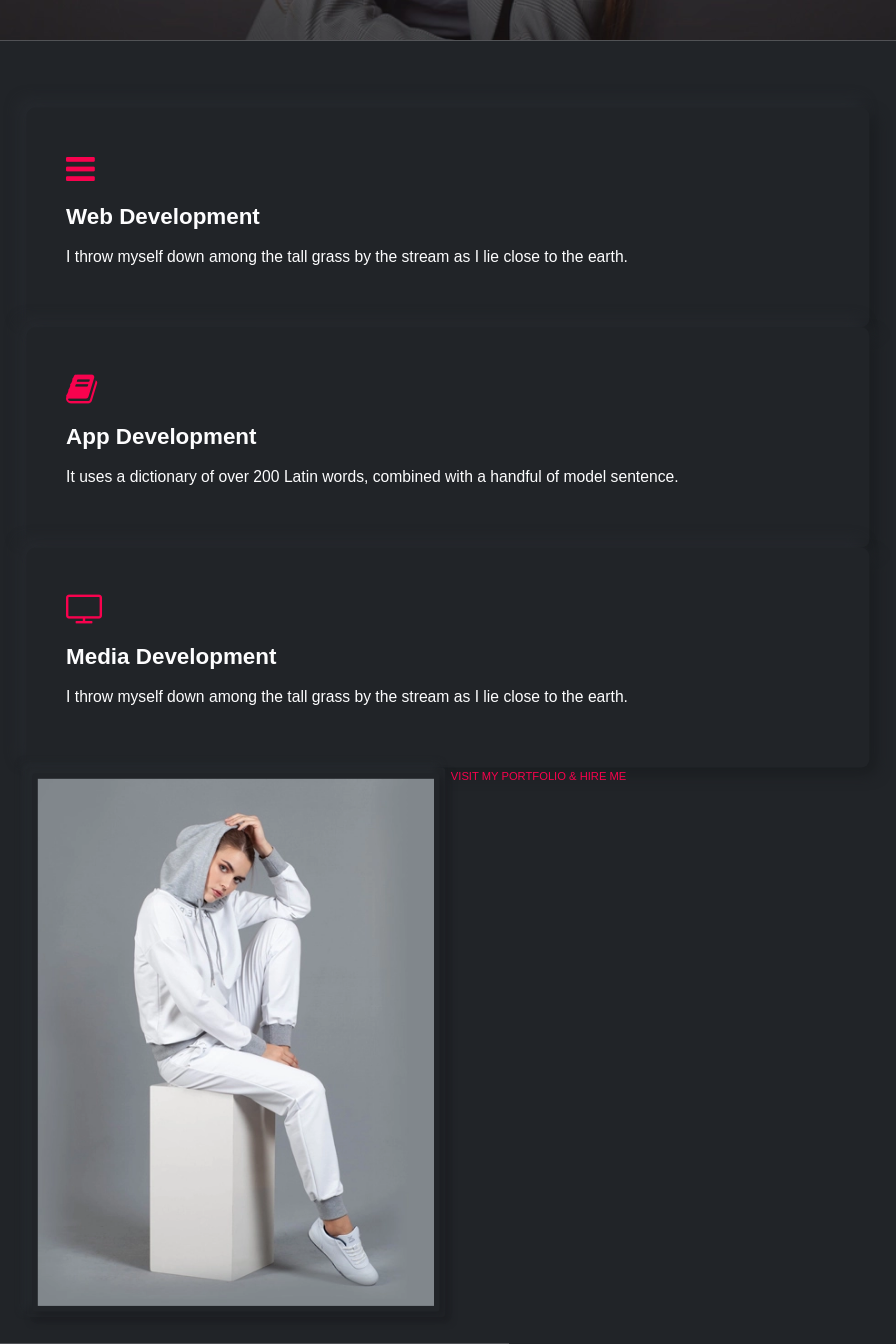
Repository: arminprogramme/inbio
Page: /
These files come from the project's save history. The page is drawn as it stood at one moment and after the next save; the edit follows.
The browser window is 1280 px wide. The pictures show the part of the page from y = 811 to 2731 px (the page is 2731 px tall before and 2720 px after), at 70% of full size.
Some web libraries are served in a nearby version. The project was rebuilt for these pictures with package versions that can differ from the ones it lists, and the page was loaded fresh each time. Also part of the build but not shown: vite.config.js.

Above is the page before, as saved 2023-10-20 03:34:08.

### index.html
<!doctype html>
<html lang="en">

<head>
    <meta charset="UTF-8" />
    <link rel="icon" type="image/svg+xml" href="/vite.svg" />
    <link rel="stylesheet" href="https://cdnjs.cloudflare.com/ajax/libs/font-awesome/4.7.0/css/font-awesome.min.css">
    <link href="https://cdnjs.cloudflare.com/ajax/libs/flowbite/1.8.1/flowbite.min.css" rel="stylesheet" />
    <meta name="viewport" content="width=device-width, initial-scale=1.0" />
    <title>Vite + React</title>
</head>

<body>
    <div id="root"></div>
    <script src="https://cdnjs.cloudflare.com/ajax/libs/flowbite/1.8.1/flowbite.min.js"></script>
    <script type="module" src="/src/main.jsx"></script>
</body>

</html>

### src/App.jsx
import   { Component } from 'react';
import LandingPage from './Component/LandingPage.jsx'
import './App.css'

class App extends Component {


  render() {
    return (
    <div>
      <LandingPage />
    </div>
    );
  }


}

export default App;

### src/index.css
:root {
    font-family: Inter, system-ui, Avenir, Helvetica, Arial, sans-serif;
}

a {
    font-weight: 500;
    color: #646cff;
    text-decoration: inherit;
}

* {
    padding: 0;
    margin: 0;
    box-sizing: border-box;
}

@tailwind base;
@tailwind components;
@tailwind utilities;
a:hover {
    color: #535bf2;
}

body {
    margin: 0;
    font-family: 'Vazir', sans-serif;
}

h1 {
    font-size: 3.2em;
    line-height: 1.1;
}

@media (prefers-color-scheme: light) {
     :root {
        color: #213547;
        background-color: #ffffff;
    }
    a:hover {
        color: #747bff;
    }
    button {
        background-color: #f9f9f9;
    }
}

### src/Component/LandingPage.jsx
import  { Component } from 'react';
import Header from './Header/Header.jsx'
import Body from './Body/Body.jsx'
//import Footer from './Footer/Footer.jsx'
class LandingPage extends Component {
    render() {
        return (
            <div>
                <Header/>
                <Body/>

            </div>
        );
    }
}

export default LandingPage;

### src/Component/Header/Header.jsx
import  { Component } from 'react';
import NavBar from './Navbar.jsx'
import './Header.css'
class Header extends Component {
    render() {
        return (
            <div>
                <NavBar/>
                <div className="banner-header text-center">
                    <h1 className='font-bold text-white'>KRISTINA SOMOLYER</h1>
                    <p>American Supermodel & Entrepreneur</p>
                </div>
            </div>
        );
    }
}

export default Header;

### src/Component/Body/Body.jsx
import  { Component } from 'react';
import Services from './Services/Services.jsx'
import About from './About/About.jsx'
import './Body.css'
class Body extends Component {
    render() {
        return (
            <>
            <div className='black-bg '>
                <div className="limit-width">
                    <Services/>
                    <About/>
                </div>
            </div>
            </>
        );
    }
}

export default Body;

### src/Component/Header/Navbar.jsx
import  { Component } from 'react';

class Navbar extends Component {
    render() {
        return (
            <div>

<nav className=" black-bg">
  <div className="max-w-screen-xl flex flex-wrap items-center justify-between mx-auto p-6">
    <a href="https://.com/" className="flex items-center">
       <h2 className='text-white'>React Project</h2>
    </a>
    <button data-collapse-toggle="navbar-default" type="button"  className="inline-flex items-center p-2 w-10 h-10 justify-center text-sm text-white rounded-lg md:hidden " aria-controls="navbar-default" aria-expanded="false">
    <i className="fa fa-bars text-white"></i>

    </button>
    <div className="hidden w-full md:block md:w-auto" id="navbar-default">
      <ul className="font-medium flex flex-col p-4 md:p-0 mt-4 border border-gray-100 rounded-lg text-white md:flex-row md:space-x-8 md:mt-0 md:border-0 black-bg">
        <li>
          <a href="#" className="block py-2 pl-3 pr-4 text-white md:hover:text-gray-700 dark:text-white md:dark:hover:text-gray-500 rounded md:bg-transparent md:p-0 " aria-current="page">Home</a>
        </li>
        <li>
          <a href="#" className="block py-2 pl-3 pr-4 text-gray-900 rounded hover:bg-gray-100 md:hover:bg-transparent md:border-0 md:hover:text-gray-700 md:p-0 dark:text-white md:dark:hover:text-gray-500 dark:hover:bg-gray-700 dark:hover:text-white md:dark:hover:bg-transparent">About</a>
        </li>
        <li>
          <a href="#" className="block py-2 pl-3 pr-4 text-gray-900 rounded md:hover:text-gray-700 md:p-0 dark:text-white md:dark:hover:text-gray-500 dark:hover:bg-gray-700 dark:hover:text-white md:dark:hover:bg-transparent">Services</a>
        </li>
        <li>
          <a href="#" className="block py-2 pl-3 pr-4 text-gray-900 rounded hover:bg-gray-100 md:hover:bg-transparent md:border-0 md:hover:text-gray-700 md:p-0 dark:text-white md:dark:hover:text-gray-500 dark:hover:bg-gray-700 dark:hover:text-white md:dark:hover:bg-transparent">Pricing</a>
        </li>
        <li>
          <a href="#" className="block py-2 pl-3 pr-4 text-gray-900 rounded hover:bg-gray-100 md:hover:bg-transparent md:border-0md:hover:text-gray-700 md:p-0 dark:text-white md:dark:hover:text-gray-500 dark:hover:bg-gray-700 dark:hover:text-white md:dark:hover:bg-transparent">Contact</a>
        </li>
      </ul>
    </div>
  </div>
</nav>

            </div>
        );
    }
}

export default Navbar;

### src/Component/Header/Header.css
.black-bg {
    background-color: #212428;
}

.banner-header {
    background-image: url(../../../bg-image-12.webp);
    background-position: center;
    background-size: cover;
    padding: 20.25rem 0;
}

.banner-header h1 {
    letter-spacing: 6px;
    font-size: 3.2rem;
}

.banner-header p {
    letter-spacing: 6px;
    font-size: 1.2rem;
    padding: 2rem 0;
    color: #fff;
}

### src/Component/Body/Services/Services.jsx
import  { Component } from 'react';
import ServicesItem from './ServicesItem.jsx'
import './Services.css'
class Services extends Component {

    constructor(props){
        super(props)

        this.state = {
            services : [
                {id : 1 , icon : 'red-color fa fa-bars' , title : 'Web Development' , text : 'I throw myself down among the tall grass by the stream as I lie close to the earth.'},
                {id : 2 , icon : 'red-color fa fa-book' , title : 'App Development' , text : 'It uses a dictionary of over 200 Latin words, combined with a handful of model sentence.'},
                {id : 3 , icon : 'red-color fa fa-television' , title : 'Media Development' , text : 'I throw myself down among the tall grass by the stream as I lie close to the earth.'},
            ]
        }
    }
    render() {
        return (
            <div>
              <div className="grid  grid-cols-1 lg:grid-cols-3 gap-10">
              {this.state.services.map(services => {
                return <ServicesItem key={services.id} {...services} />
               })}
              </div>
            </div>
        );
    }
}

export default Services;

### src/Component/Body/About/About.jsx
import  { Component } from 'react';
import   './About.css'
class About extends Component {
    render() {
        return (
            <div>
                <div className="about-container my-52 grid grid-cols-1 lg:grid-cols-2 gap-2">
                    <div className="img-about">
                        <div className="inner-img-about">
                            <img src="about-5.webp" alt="" />
                        </div>
                    </div>
                    <div className="content-about">
                        <h5 className='red-color'>VISIT MY PORTFOLIO & HIRE ME</h5>
                    </div>
                </div>
            </div>
        );
    }
}

export default About;

### src/Component/Body/Body.css
.limit-width {
    max-width: 1450px;
    padding: 6rem 3% 3%;
    margin: auto;
}

### src/Component/Body/Services/ServicesItem.jsx
import { Component } from 'react';

class ServicesItem extends Component {
    render() {
        return (
            <div className='services-item'>
                <div className="icon-services">
                    <i className={this.props.icon}></i>
                </div>
                <div className="content-services">
                <h2 className='font-bold'>{this.props.title}</h2>
                <p>{this.props.text}</p>
                </div>
            </div>
        );
    }
}

export default ServicesItem;

### src/Component/Body/Services/Services.css
.icon-services i {
    font-size: 3rem;
}

.red-color {
    color: #f8024e;
}

.content-services {
    padding: 1.2rem 0;
    color: #FDFDFE;
}

.content-services h2 {
    font-size: 2rem;
    padding-bottom: 1rem;
}

.content-services p {
    line-height: 2.25rem;
    font-size: 1.4rem;
}

.services-item {
    border-radius: 12px;
    transition: 0.5s!important;
    padding: 4rem 3.5rem;
    background: #212428;
    box-shadow: 10px 10px 20px #1b1e21, -10px -10px 20px #272a2f;
    -webkit-transition: 0.5s!important;
    -moz-transition: 0.5s!important;
    -ms-transition: 0.5s!important;
    -o-transition: 0.5s!important;
    cursor: pointer;
}

.services-item:hover {
    border-radius: 12px;
    transform: translateY(-1.2rem);
    transition: 0.5s!important;
    background: linear-gradient(145deg, #23272b, #16171a);
    box-shadow: 10px 10px 13px #1b1e21, -10px -10px 13px #272a2f;
    -webkit-transition: 0.5s!important;
    -moz-transition: 0.5s!important;
    -ms-transition: 0.5s!important;
    -o-transition: 0.5s!important;
    -webkit-transform: translateY(-1.2rem);
    -moz-transform: translateY(-1.2rem);
    -ms-transform: translateY(-1.2rem);
    -o-transform: translateY(-1.2rem);
}

### src/Component/Body/About/About.css
.inner-img-about,
.img-about {
    padding: 0.5rem;
    border-radius: 5px;
    max-width: 100%;
    -webkit-border-radius: 5px;
    -moz-border-radius: 5px;
    -ms-border-radius: 5px;
    border-radius: 5px;
    background: #212428;
    box-shadow: 7px 7px 9px #1d1f23, -7px -7px 9px #25292d;
    -o-border-radius: 5px;
}

.inner-img-about img {
    width: 100%;
}

Loaded but not shown: src/main.jsx (common file); src/App.css (common file)

After the next save:
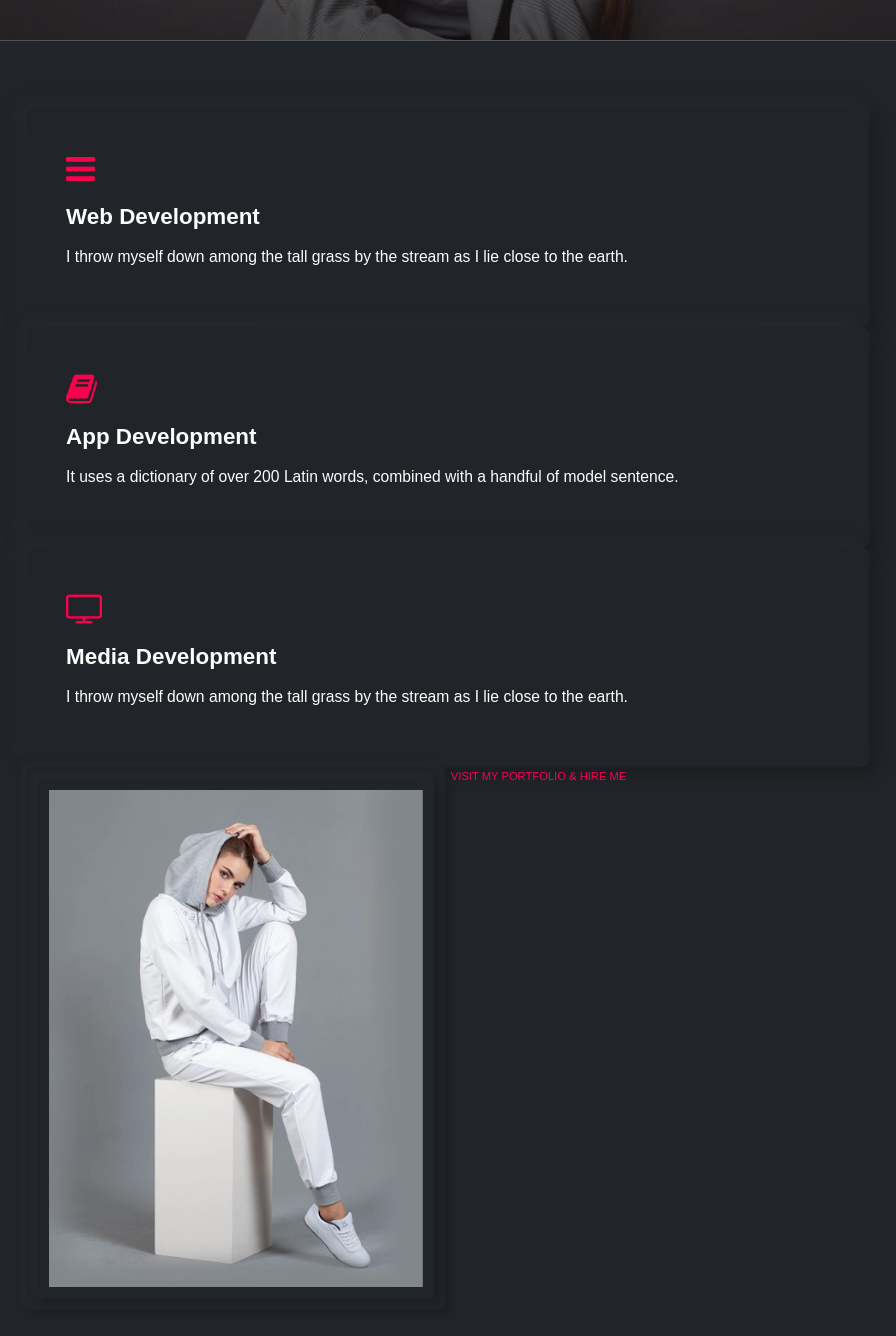
Saved 19 s later.
--- a/src/Component/Body/About/About.css
+++ b/src/Component/Body/About/About.css
@@ -1,6 +1,6 @@
 .inner-img-about,
 .img-about {
-    padding: 0.5rem;
+    padding: 1rem;
     border-radius: 5px;
     max-width: 100%;
     -webkit-border-radius: 5px;

After the save that followed:
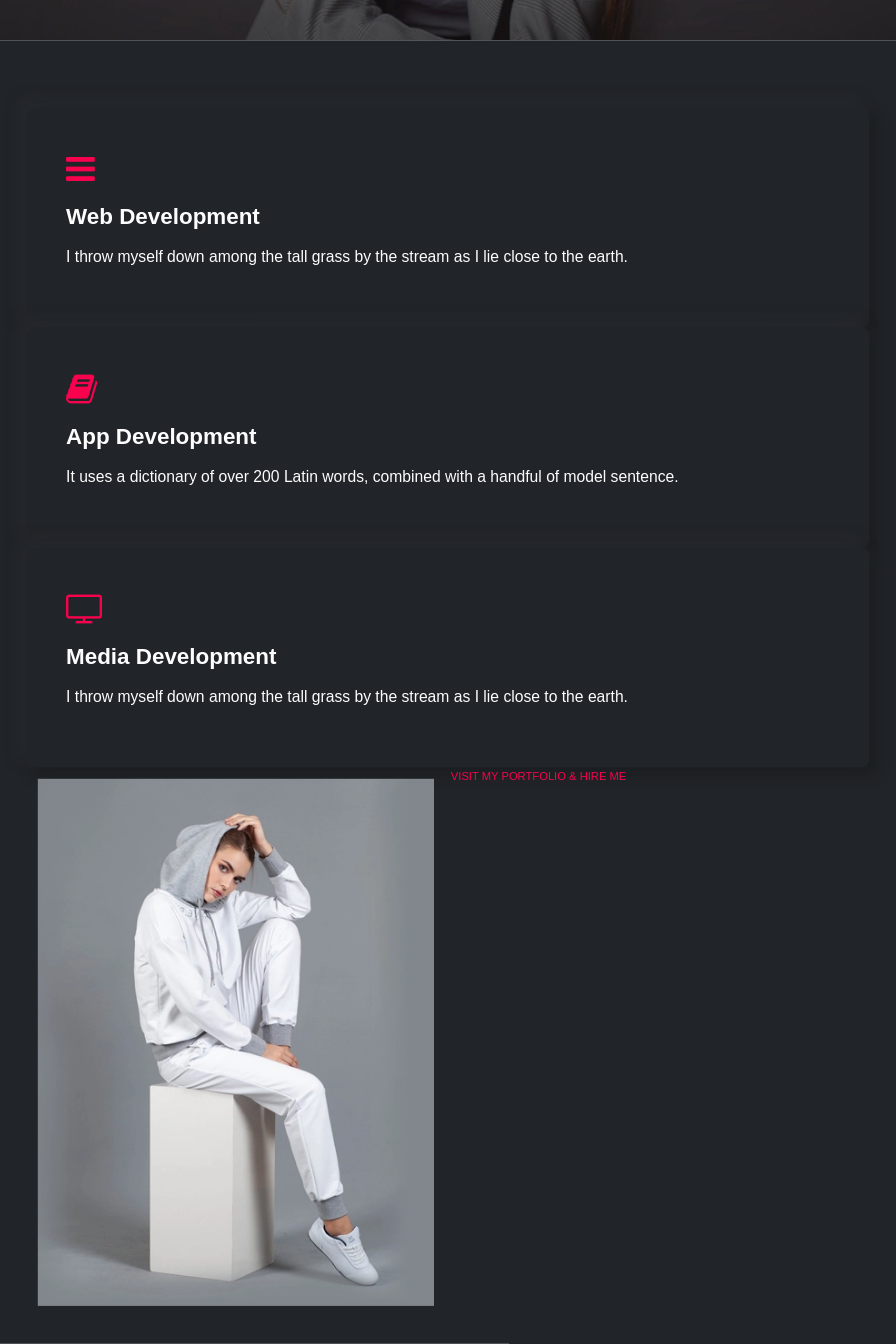
Saved 22 s later.
--- a/src/Component/Body/About/About.css
+++ b/src/Component/Body/About/About.css
@@ -1,15 +1,8 @@
 .inner-img-about,
 .img-about {
-    padding: 1rem;
+    padding: 0.5rem;
     border-radius: 5px;
     max-width: 100%;
-    -webkit-border-radius: 5px;
-    -moz-border-radius: 5px;
-    -ms-border-radius: 5px;
-    border-radius: 5px;
-    background: #212428;
-    box-shadow: 7px 7px 9px #1d1f23, -7px -7px 9px #25292d;
-    -o-border-radius: 5px;
 }
 
 .inner-img-about img {
